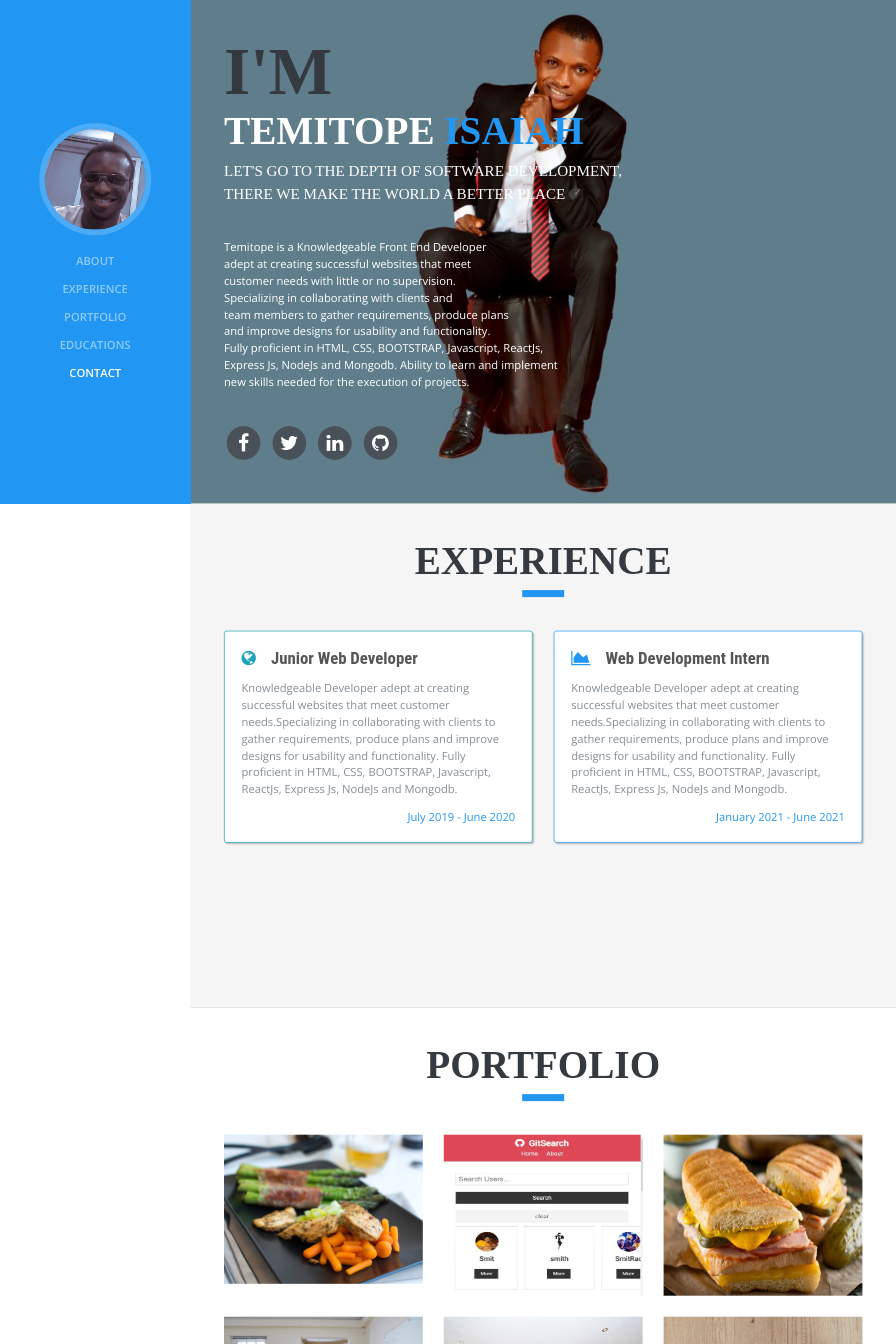
Repository: smit1298/portfolio
Page: index.html
The author's editor kept a copy of each file at every save. The page is drawn from the files as they stood at one save, then again after a run of saves.
The browser window is 1280 px wide. The pictures show the part of the page from y = 0 to 1920 px (the page is 5025 px tall before and 5030 px after), at 70% of full size.
Some web fonts or font styles are not loaded; a fallback is used.

Above is the page before, as saved 2022-06-06 11:48:48.

After the next 2 saves:
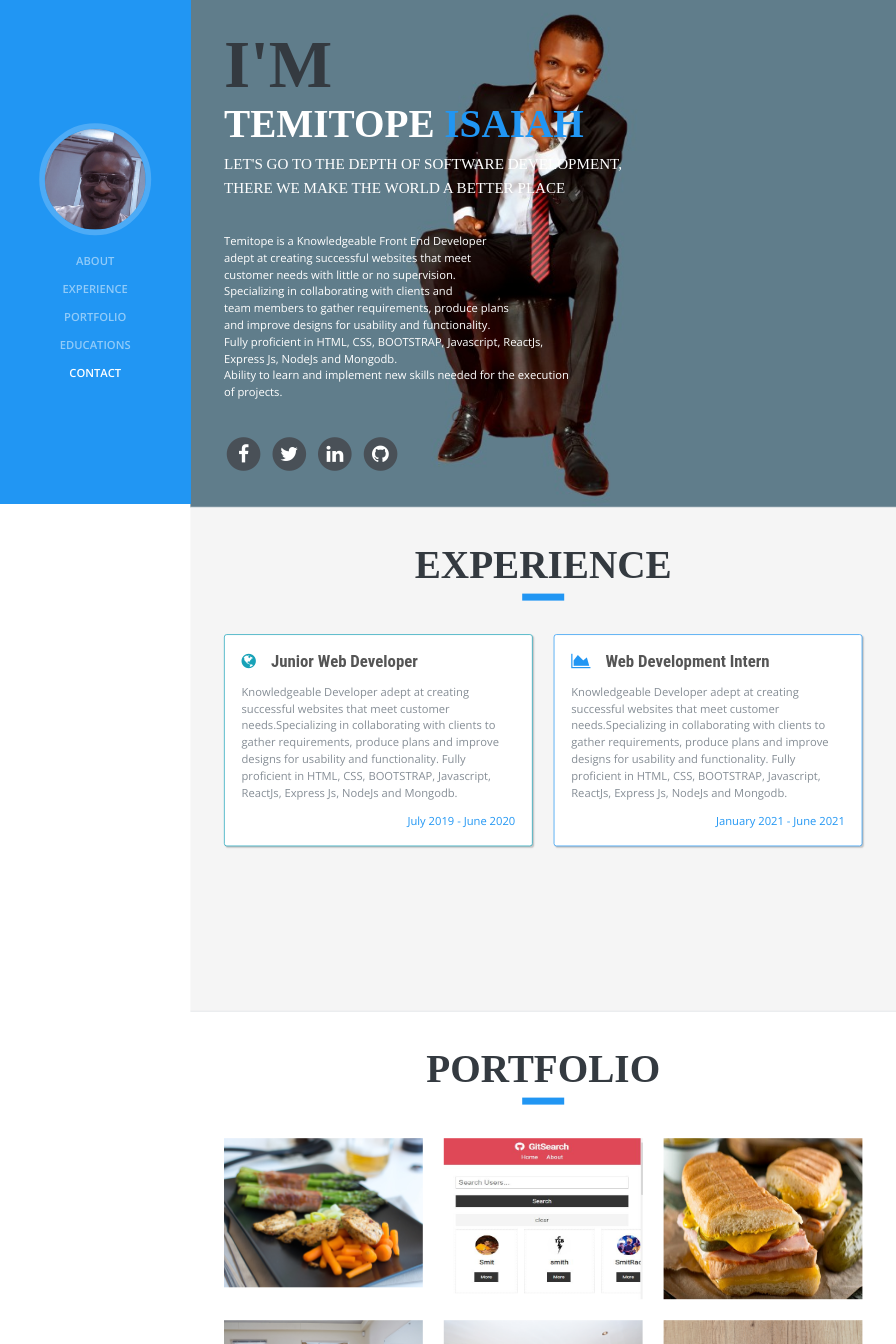
The 2 saves are shown as one change because they came seconds apart.
The last was saved 10 s later.
--- a/index.html
+++ b/index.html
@@ -84,7 +84,8 @@
             team members to gather requirements, produce plans <br>
             and improve designs for usability and functionality. <br>
             Fully proficient in HTML, CSS, BOOTSTRAP, Javascript,
-            ReactJs, Express Js, NodeJs and Mongodb. Ability to learn and implement new skills needed for the execution of projects.
+            ReactJs, Express Js, NodeJs and Mongodb. <br>
+             Ability to learn and implement new skills needed for the execution of projects.
           </span>
         </p>
 
